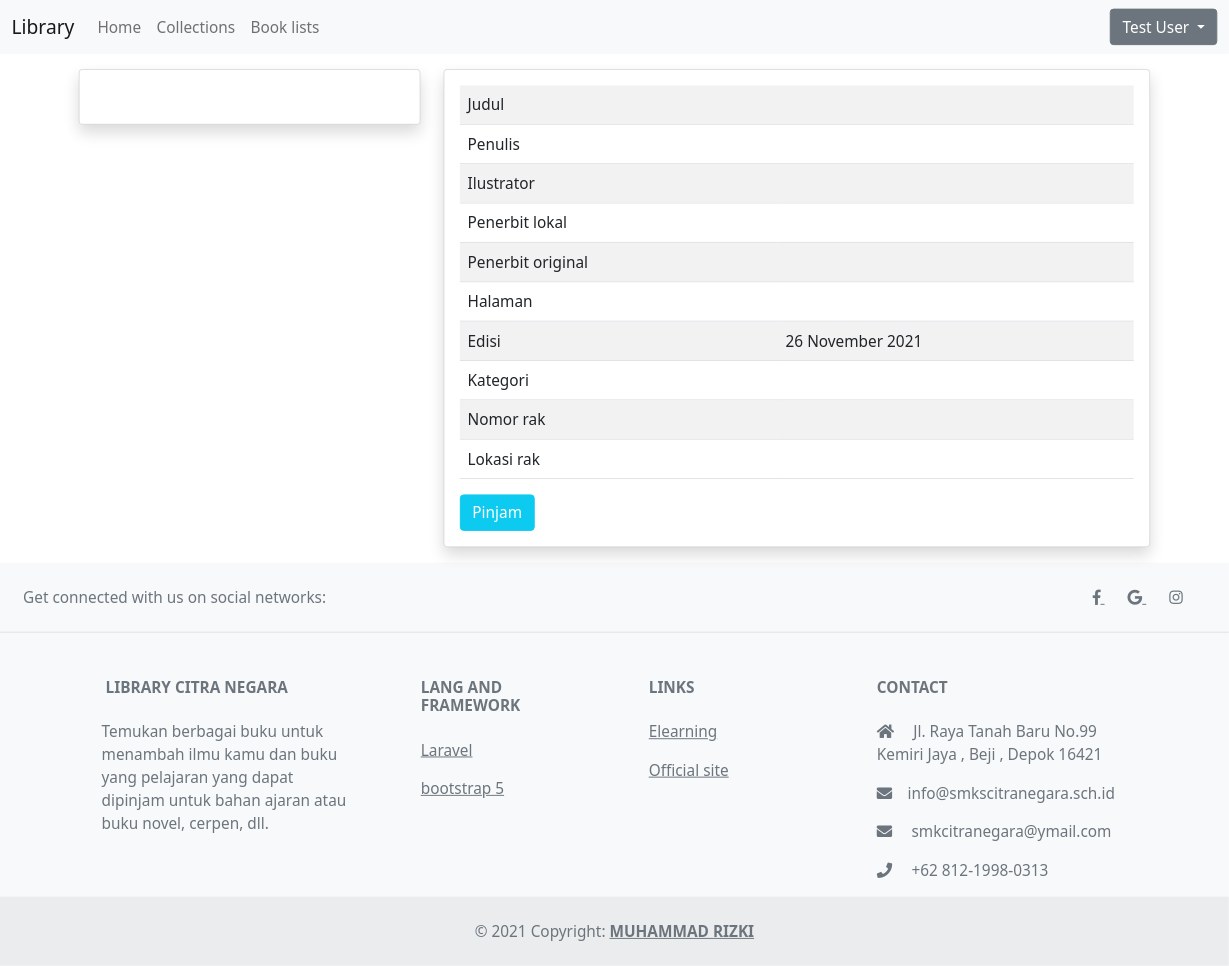
Repository: humanrizki/app-perpus-laravel-8
Page: resources/views/list/show.blade.php
The author's editor kept a copy of each file at every save. The page is drawn from the files as they stood at one save, then again after the next save.
The browser window is 1280 px wide. The pictures show the whole page, at 96% of full size.
Some web libraries are served in a nearby version. The page is served by the project's Laravel application, run on PHP 8.4 with Laravel 8. A made-up administrator, Test User (test@example.com), is signed in. Other server files are loaded and not shown. The template is opened directly, without the code that normally fills it, so the values that code supplies are empty.

Above is the page before, as saved 2021-11-26 17:15:54.

### routes/web.php
<?php

use App\Http\Controllers\CollectionController;
use App\Http\Controllers\ListsController;
use App\Http\Controllers\ProfileController;
use Illuminate\Support\Facades\Route;

/*
|--------------------------------------------------------------------------
| Web Routes
|--------------------------------------------------------------------------
|
| Here is where you can register web routes for your application. These
| routes are loaded by the RouteServiceProvider within a group which
| contains the "web" middleware group. Now create something great!
|
*/

Route::get('/', function () {
    return view('welcome');
});

Auth::routes();

Route::get('/home', [App\Http\Controllers\HomeController::class, 'index'])->name('home');
Route::get('/collections',[CollectionController::class,'index'])->name('collections');
Route::get('/collections/{collection:slug}',[CollectionController::class,'show']);
Route::get('/lists',[ListsController::class,'index'])->name('lists');
Route::get('/lists/{list:slug}',[ListsController::class,'show']);
Route::post('/lists/{list:slug}',[ListsController::class,'store']);
Route::get('/profile',[ProfileController::class,'index'])->name('profile');
Route::get('/profile/{user:username}/edit',[ProfileController::class,'show']);
Route::post('/profile/{user:username}/edit',[ProfileController::class,'update']);

### app/Models/User.php
<?php

namespace App\Models;

use Illuminate\Contracts\Auth\MustVerifyEmail;
use Illuminate\Database\Eloquent\Factories\HasFactory;
use Illuminate\Foundation\Auth\User as Authenticatable;
use Illuminate\Notifications\Notifiable;
use Laravel\Sanctum\HasApiTokens;

class User extends Authenticatable
{
    use HasApiTokens, HasFactory, Notifiable;

    /**
     * The attributes that are mass assignable.
     *
     * @var string[]
     */
    // protected $fillable = [
    //     'name',
    //     'email',
    //     'password',
    // ];
    protected $guarded = ['id'];
    /**
     * The attributes that should be hidden for serialization.
     *
     * @var array
     */
    protected $hidden = [
        'password',
        'remember_token',
    ];

    /**
     * The attributes that should be cast.
     *
     * @var array
     */
    protected $casts = [
        'email_verified_at' => 'datetime',
    ];
}

### resources/views/list/show.blade.php
@extends('layouts.capp')
@section('content')
    <div class="container my-3">
        <div class="row">
            <div class="col-md-4">
                <div class="card shadow" style="width: 100%;">
                    <div class="card-body">
                        <img src="/img/{{ $detail->image }}" alt="" style="width: 100%;">
                    </div>
                </div>
            </div>
            <div class="col-md-8">
                <div class="card shadow" style="width: 100%;">
                    <div class="card-body">
                        <table class="table table-striped">
                            <tr>
                                <td>Judul</td>
                                <td>{{ $detail->title }}</td>
                            </tr>
                            <tr>
                                <td>Penulis</td>
                                <td>{{ $detail->creator }}</td>
                            </tr>
                            <tr>
                                <td>Ilustrator</td>
                                <td>{{ $detail->illustrator }}</td>
                            </tr>
                            <tr>
                                <td>Penerbit lokal</td>
                                <td>{{ $detail->local_publisher }}</td>
                            </tr>
                            <tr>
                                <td>Penerbit original</td>
                                <td>{{ $detail->original_publisher }}</td>
                            </tr>
                            <tr>
                                <td>Halaman</td>
                                <td>{{ $detail->pages }}</td>
                            </tr>
                            <tr>
                                <td>Edisi</td>
                                <td>{{ \Carbon\Carbon::parse($detail->edition)->format('d F Y') }}</td>
                            </tr>
                            <tr>
                                <td>Kategori</td>
                                <td>{{ $detail->category->name }}</td>
                            </tr>
                            <tr>
                                <td>Nomor rak</td>
                                <td>{{ $detail->bookcase->name }}</td>
                            </tr>
                            <tr>
                                <td>Lokasi rak</td>
                                <td>{{ $detail->bookcase->location_bookcase }}</td>
                            </tr>
                        </table>
                        <form action="" method="POST">
                            @csrf
                            <input type="hidden" name="detail_id" value="{{ $detail->id }}">
                            <input type="hidden" name="user_id" value="{{ auth()->user()->id }}">
                            <input type="hidden" name="admin_id" value="{{ $detail->admin->id }}">
                            <button class="btn btn-info text-white">Pinjam</button>
                        </form>
                    </div>
                </div>
            </div>
        </div>
    </div>
@endsection

### resources/views/layouts/capp.blade.php
<!doctype html>
<html lang="en">
  <head>
    <meta charset="utf-8" />
    <meta http-equiv="X-UA-Compatible" content="IE=edge,chrome=1" />
    <meta content='width=device-width, initial-scale=1.0, maximum-scale=1.0, user-scalable=0, shrink-to-fit=no' name='viewport' />
    <title>{{ $title }}</title>

    <!--     Fonts and icons     -->
    <link href="https://fonts.googleapis.com/css?family=Montserrat:400,700,200" rel="stylesheet" />
    <link href="https://use.fontawesome.com/releases/v5.0.6/css/all.css" rel="stylesheet">
    <style>
      *,body{
        margin: 0px;
        padding: 0px;
      }
    </style>
    @if (request()->is('home'))
        <link rel="stylesheet" href="css/home.css">
    @endif
    <link href="https://cdn.jsdelivr.net/npm/bootstrap@5.0.2/dist/css/bootstrap.min.css" rel="stylesheet" integrity="sha384-EVSTQN3/azprG1Anm3QDgpJLIm9Nao0Yz1ztcQTwFspd3yD65VohhpuuCOmLASjC" crossorigin="anonymous">
    {{-- <link rel="stylesheet" href="css/ul.css"> --}}
  </head>
  <body>
    @include('partials.header')
    @yield('content')
    @include('partials.footer')
    <!--   Core JS Files   -->
    <script src="https://cdn.jsdelivr.net/npm/bootstrap@5.0.2/dist/js/bootstrap.bundle.min.js" integrity="sha384-MrcW6ZMFYlzcLA8Nl+NtUVF0sA7MsXsP1UyJoMp4YLEuNSfAP+JcXn/tWtIaxVXM" crossorigin="anonymous"></script>
  </body>
</html>

### resources/views/partials/header.blade.php

<nav class="navbar navbar-expand-lg navbar-light bg-light">
    <div class="container-fluid">
      <a class="navbar-brand" href="/home">Library</a>
      <button class="navbar-toggler" type="button" data-bs-toggle="collapse" data-bs-target="#navbarSupportedContent" aria-controls="navbarSupportedContent" aria-expanded="false" aria-label="Toggle navigation">
        <span class="navbar-toggler-icon"></span>
      </button>
      <div class="collapse navbar-collapse" id="navbarSupportedContent">
        <ul class="navbar-nav me-auto mb-2 mb-lg-0">
          <li class="nav-item">
            <a class="nav-link {{ (request()->is('home')) ? 'active fw-bold':'';}}" aria-current="page" href="/home">Home</a>
          </li>
          <li class="nav-item ">
            <a class="nav-link {{ (request()->is('collections*')) ? 'active fw-bold':'';}}" href="/collections">Collections</a>
          </li>
          <li class="nav-item">
            <a class="nav-link {{ (request()->is('lists')) ? 'active':'';}}" href="/lists">Book lists</a>
          </li>
        </ul>
        @auth
        <div class="dropdown">
          <button class="btn btn-secondary dropdown-toggle" type="button" id="dropdownMenuButton1" data-bs-toggle="dropdown" aria-expanded="false">
            {{ auth()->user()->name }}
          </button>
          <ul class="dropdown-menu" aria-labelledby="dropdownMenuButton1">
            <li><a class="dropdown-item" href="/profile">Profile</a></li>
            <form action="/logout" method="POST">
              @csrf
              <li class="dropdown-item"><button class="btn btn-danger w-100" type="submit">Logout</button></li>
            </form>
          </ul>
        </div>
        @else
        <div class="container-login">
            <a href="/login" class="btn btn-success">Login</a>
        </div>
        @endauth
      </div>
    </div>
  </nav>

### resources/views/partials/footer.blade.php
<footer class="text-center text-lg-start bg-light text-muted">
    <!-- Section: Social media -->
    <section
      class="d-flex justify-content-center justify-content-lg-between p-4 border-bottom"
    >
      <!-- Left -->
      <div class="me-5 d-none d-lg-block">
        <span>Get connected with us on social networks:</span>
      </div>
      <!-- Left -->

      <!-- Right -->
      <div>
        <a href="https://facebook.com/smkcitranegaraofficial" class="me-4 text-reset">
          <i class="fab fa-facebook-f"></i>
        </a>

        <a href="https://sekolah.data.kemdikbud.go.id/index.php/chome/profil/a3b930a7-c409-426b-a5ab-7aaed2a25c9f" class="me-4 text-reset">
          <i class="fab fa-google"></i>
        </a>
        <a href="https://instagram.com/smkcitranegaradepok/" class="me-4 text-reset">
          <i class="fab fa-instagram"></i>
        </a>

      </div>
      <!-- Right -->
    </section>
    <!-- Section: Social media -->

    <!-- Section: Links  -->
    <section class="">
      <div class="container text-center text-md-start mt-5">
        <!-- Grid row -->
        <div class="row mt-3">
          <!-- Grid column -->
          <div class="col-md-3 col-lg-4 col-xl-3 mx-auto mb-4">
            <!-- Content -->
            <h6 class="text-uppercase fw-bold mb-4">
              <img src="img/logo.png" alt="" width="50"> Library Citra Negara
            </h6>
            <p>
              Temukan berbagai buku untuk menambah ilmu kamu dan buku yang pelajaran
              yang dapat dipinjam untuk bahan ajaran atau buku novel, cerpen, dll.
            </p>
          </div>
          <!-- Grid column -->

          <!-- Grid column -->
          <div class="col-md-2 col-lg-2 col-xl-2 mx-auto mb-4">
            <!-- Links -->
            <h6 class="text-uppercase fw-bold mb-4">
              Lang and Framework
            </h6>
            <p>
              <a href="https://laravel.com" class="text-reset">Laravel</a>
            </p>
            <p>
              <a href="https://getbootstrap.com" class="text-reset">bootstrap 5</a>
            </p>

          </div>
          <!-- Grid column -->

          <!-- Grid column -->
          <div class="col-md-3 col-lg-2 col-xl-2 mx-auto mb-4">
            <!-- Links -->
            <h6 class="text-uppercase fw-bold mb-4">
             links
            </h6>
            <p>
              <a href="http://smkcitranegara.sch.id" class="text-reset">Elearning</a>
            </p>
            <p>
              <a href="https://smkscitranegara.sch.id" class="text-reset">Official site</a>
            </p>
          </div>
          <!-- Grid column -->

          <!-- Grid column -->
          <div class="col-md-4 col-lg-3 col-xl-3 mx-auto mb-md-0 mb-4">
            <!-- Links -->
            <h6 class="text-uppercase fw-bold mb-4">
              Contact
            </h6>
            <p><i class="fas fa-home me-3"></i> Jl. Raya Tanah Baru No.99 Kemiri Jaya , Beji , Depok 16421</p>

                        <p><i class="fas fa-envelope me-3"></i>info@smkscitranegara.sch.id</p>
                    <p><i class="fas fa-envelope me-3"></i>
                    smkcitranegara@ymail.com</p>
            <p><i class="fas fa-phone me-3"></i> +62 812-1998-0313</p>
          </div>
          <!-- Grid column -->
        </div>
        <!-- Grid row -->
      </div>
    </section>
    <!-- Section: Links  -->

    <!-- Copyright -->
    <div class="text-center p-4" style="background-color: rgba(0, 0, 0, 0.05);">
      © 2021 Copyright:
      <a class="text-reset fw-bold" href="https://instagram.com/m.rizki_array">MUHAMMAD RIZKI</a>
    </div>
    <!-- Copyright -->
  </footer>
  <!-- Footer -->

### resources/views/errors/404.blade.php
<!DOCTYPE html>
<html lang="en">
<head>
    <meta charset="UTF-8">
    <meta name="viewport" content="width=device-width, initial-scale=1.0">
    <meta http-equiv="X-UA-Compatible" content="ie=edge">
    <link rel="stylesheet" href="/css/sb-admin-2.min.css">
    <title>404 - Page not found</title>
</head>
<body>
    <div class="container-fluid d-flex align-items-center justify-content-center" style="height: 100vh;">
        <!-- 404 Error Text -->
        <div class="text-center">
            <div class="error mx-auto" data-text="404">404</div>
            <p class="lead text-gray-800 mb-5">Page Not Found</p>
            <p class="text-gray-500 mb-0">It looks like you found an error in the search...</p>
            <a href="/">&larr; Back to Home</a>
        </div>

    </div>
</body>
</html>

Loaded but not shown: app/Providers/AppServiceProvider.php (common file); app/Http/Controllers/Auth/ConfirmPasswordController.php (common file); app/Http/Controllers/Controller.php (common file)

After the next save:
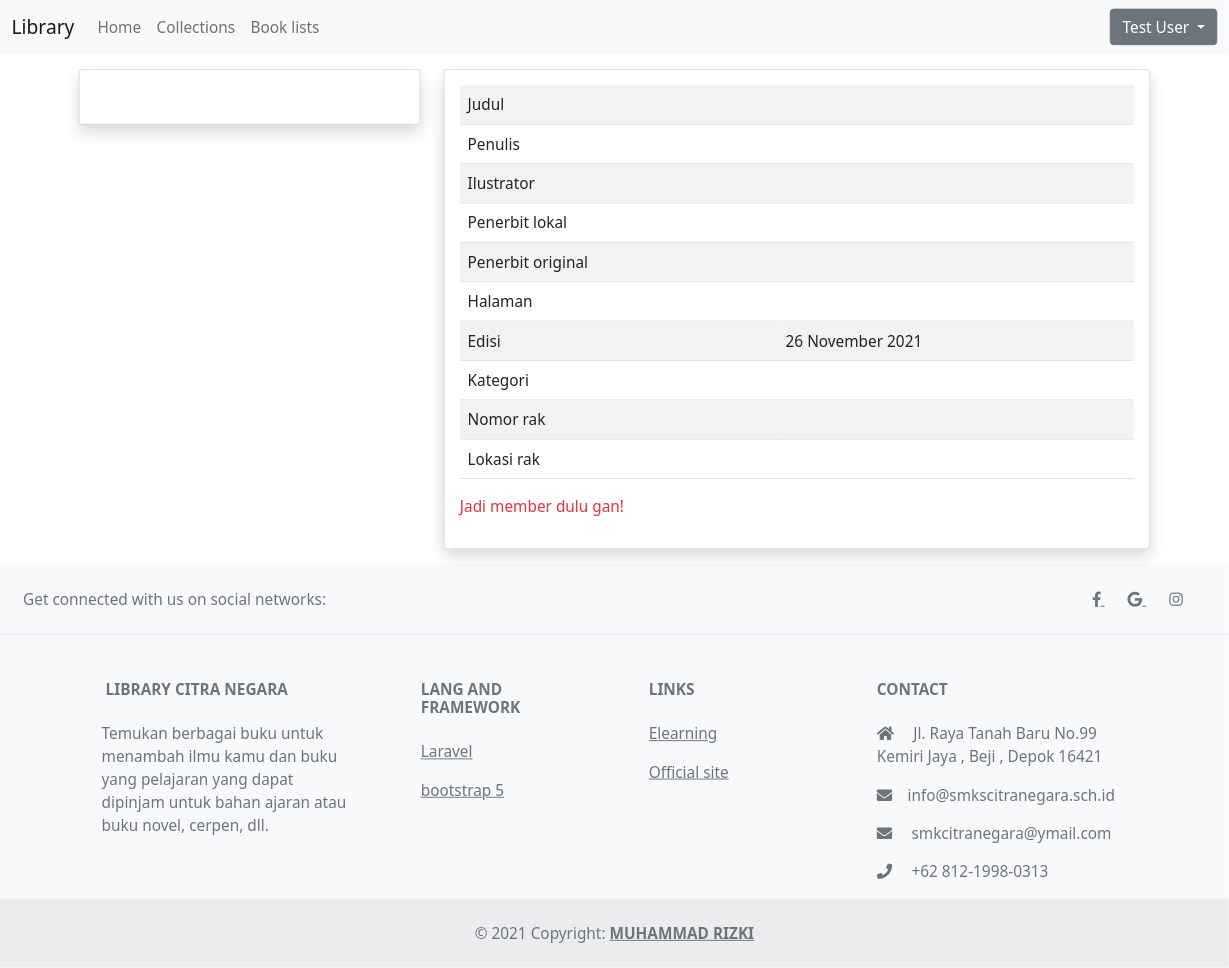
Saved 115 s later.
--- a/resources/views/list/show.blade.php
+++ b/resources/views/list/show.blade.php
@@ -54,6 +54,7 @@
                                 <td>{{ $detail->bookcase->location_bookcase }}</td>
                             </tr>
                         </table>
+                        @if (auth()->user()->is_member == 1)
                         <form action="" method="POST">
                             @csrf
                             <input type="hidden" name="detail_id" value="{{ $detail->id }}">
@@ -61,6 +62,10 @@
                             <input type="hidden" name="admin_id" value="{{ $detail->admin->id }}">
                             <button class="btn btn-info text-white">Pinjam</button>
                         </form>
+                        @else
+                        <p class="text-danger">Jadi member dulu gan!</p>
+                        @endif
+
                     </div>
                 </div>
             </div>
